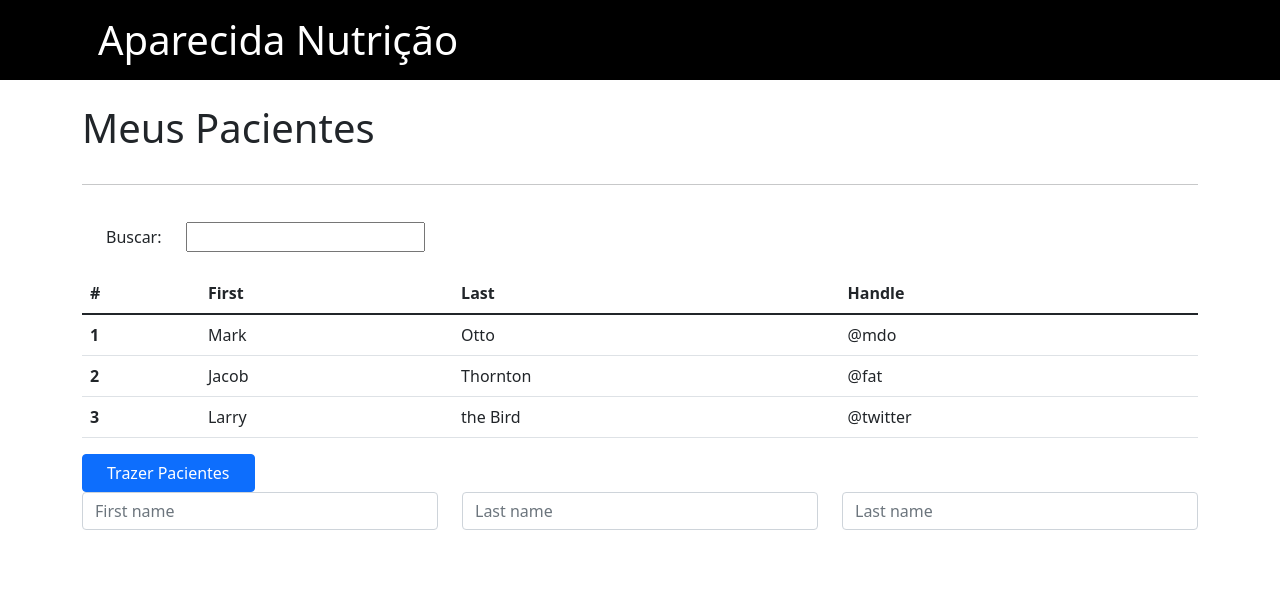
Repository: eversonps/app-paciente
Page: / (app in frontend/)
An editor plug-in stored every save of this project. The page is shown before and after a run of saves, followed by the edit.
The browser window is 1280 px wide. The pictures show the whole page.
The project was rebuilt for these pictures with package versions that can differ from the ones it lists, and the page was loaded fresh each time.

Above is the page before, as saved 2022-03-28 14:22:35.

### frontend/src/index.js
import React from 'react';
import ReactDOM from 'react-dom';
import './index.css';
import App from './App';
import  '../node_modules/bootstrap/dist/css/bootstrap.min.css'

ReactDOM.render(
    <App />,
    document.getElementById('root')
);

### frontend/src/App.jsx
import Header from "./components/Header";
import MyPacients from "./components/MyPacients";
import Main from "./components/Main"
import AddPacient from "./components/AddPacient";

function App() {
  return (
    <div className="App">
        <Header></Header>
        <Main>
            <MyPacients></MyPacients>
            <AddPacient></AddPacient>
        </Main>
    </div>
  );
}

export default App;

### frontend/src/components/Header.jsx
import React from "react";

export default props => {
    return (
        <header className="bg-black">
            <div className="container">
                <h1 className="text-white p-3">Aparecida Nutrição</h1>
            </div>
        </header>
    )
}

### frontend/src/components/MyPacients.jsx
import React from "react";
import FilterPacients from "../Templates/FilterPacients";
import Table from "../Templates/Table";

export default props => (
    <div>
        <h1 className="pt-3 pb-3">Meus Pacientes</h1>
        <hr />

        <FilterPacients></FilterPacients>
        <Table></Table>
    </div>
)

### frontend/src/components/Main.jsx
import React from "react";

export default props => (
    <main className="container">
        {props.children}
    </main>
)

### frontend/src/components/AddPacient.jsx
import React from "react";

export default props => (
    <form>
        <div className="row">

        </div>
        <div className="row">
            <div className="col">
                <input type="text" className="form-control" placeholder="First name" />
            </div>
            <div className="col">
                <input type="text" className="form-control" placeholder="Last name" />
            </div>
            <div className="col">
                <input type="text" className="form-control" placeholder="Last name" />
            </div>
        </div>
    </form>
)

### frontend/src/Templates/FilterPacients.jsx
import React from "react";

export default props => (
    <div>
        <label className="m-4">Buscar: </label>
        <input type="text" />
    </div>
)

### frontend/src/Templates/Table.jsx
import React from "react";

export default props => (
    <div>
        <table class="table">
        <thead class="thead-dark">
            <tr>
            <th scope="col">#</th>
            <th scope="col">First</th>
            <th scope="col">Last</th>
            <th scope="col">Handle</th>
            </tr>
        </thead>
        <tbody>
            <tr>
            <th scope="row">1</th>
            <td>Mark</td>
            <td>Otto</td>
            <td>@mdo</td>
            </tr>
            <tr>
            <th scope="row">2</th>
            <td>Jacob</td>
            <td>Thornton</td>
            <td>@fat</td>
            </tr>
            <tr>
            <th scope="row">3</th>
            <td>Larry</td>
            <td>the Bird</td>
            <td>@twitter</td>
            </tr>
            </tbody>
        </table>
        <a class="btn btn-primary px-4" href="#" role="button">Trazer Pacientes</a>
    </div>

)

Loaded but not shown: frontend/public/index.html (common file); frontend/src/index.css (common file)

After the next 2 saves:
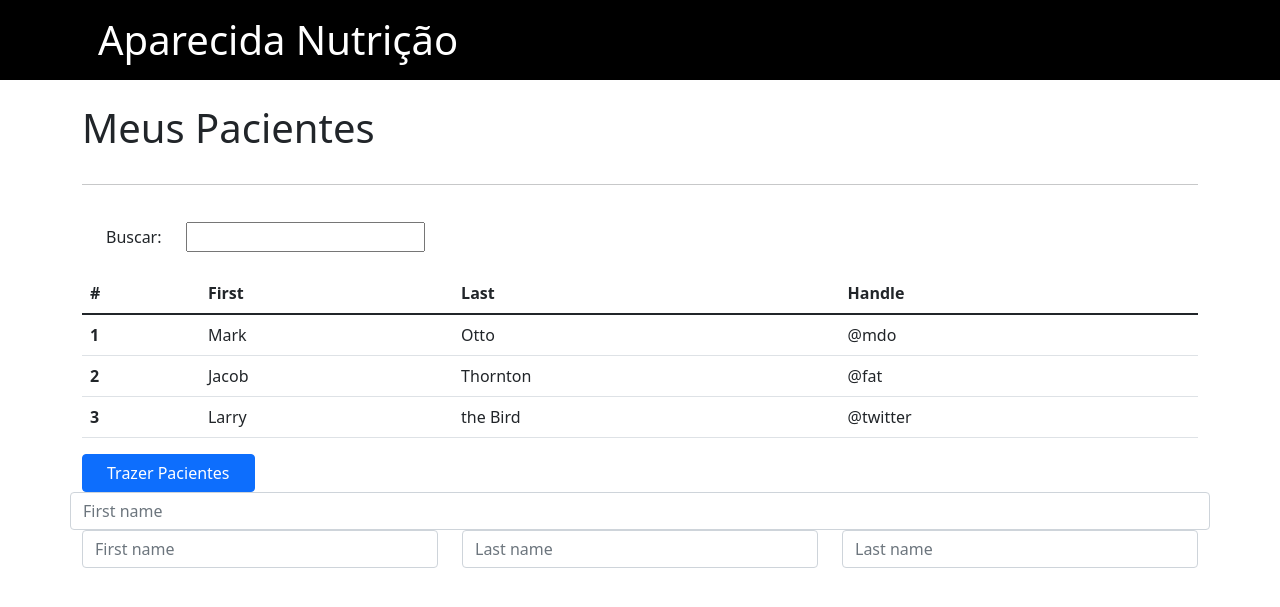
The 2 saves are shown as one change because they came seconds apart.
The last was saved 31 s later.
--- a/frontend/src/components/AddPacient.jsx
+++ b/frontend/src/components/AddPacient.jsx
@@ -3,7 +3,7 @@ import React from "react";
 export default props => (
     <form>
         <div className="row">
-
+            <input type="text" className="form-control" placeholder="First name" />
         </div>
         <div className="row">
             <div className="col">
